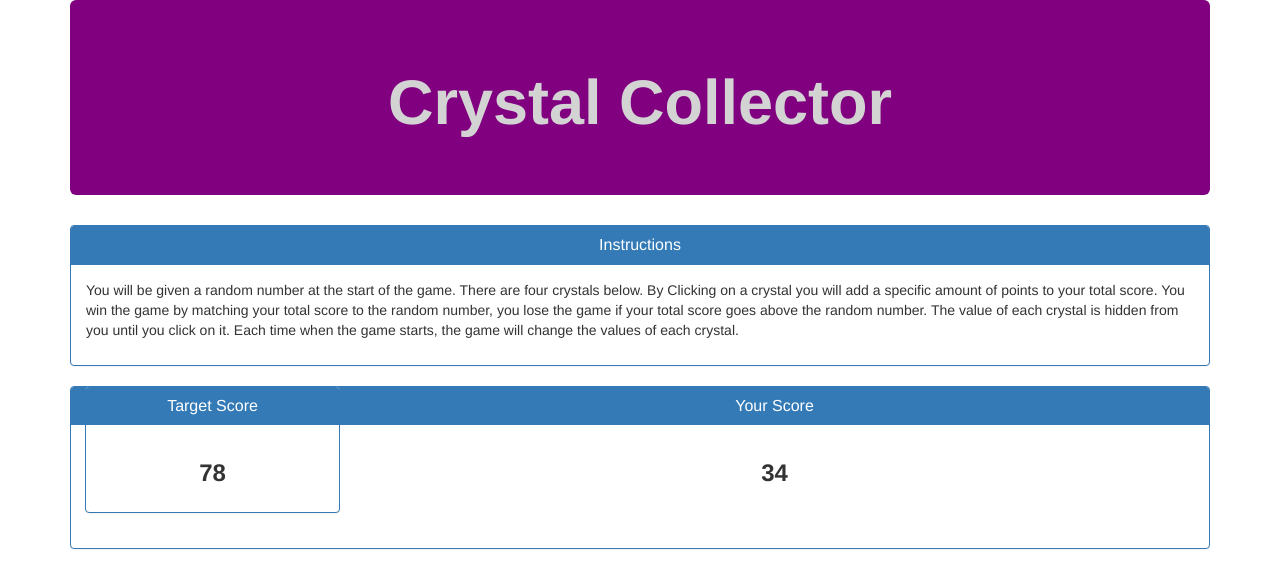
Repository: mikecherry1/week-4-game
Page: index.html
The author's editor kept a copy of each file at every save. The page is drawn from the files as they stood at one save, then again after the next save.
The browser window is 1280 px wide. The pictures show the whole page.

Above is the page before, as saved 2017-11-19 18:35:24.

### index.html
<!doctype html>
<html lang="en">
  <head>

    <!-- Required meta tags -->
    <meta charset="utf-8">
    <meta name="viewport" content="width=device-width, initial-scale=1, shrink-to-fit=no">

    <!-- Bootstrap CSS -->
    <link rel="stylesheet" <link href="https://maxcdn.bootstrapcdn.com/bootstrap/3.3.7/css/bootstrap.min.css" rel="stylesheet" integrity="sha384-BVYiiSIFeK1dGmJRAkycuHAHRg32OmUcww7on3RYdg4Va+PmSTsz/K68vbdEjh4u"
        crossorigin="anonymous">
  </head>
  <body>

    <div class="container">

        <div class="jumbotron" style= "background-color: purple; color: lightgrey;">
        <div class="container">
            <h1 class="text-center"><strong>Crystal Collector</strong></h1>
        </div>
    </div>

    <div class="row">
        <div class="col-lg-12">
            <div class="panel panel-primary">
                <div class="panel-heading">
                    <h3 class="panel-title text-center">Instructions</h3>
                </div>
                <div class="panel-body">
                    <p>You will be given a random number at the start of the game. There are four crystals below. By Clicking on a crystal you will add a specific amount of points to your total score. You win the game by matching your total score to the random number, you lose the game if your total score goes above the random number. The value of each crystal is hidden from you until you click on it. Each time when the game starts, the game will change the values of each crystal.</p>
            </div>
        </div>
    </div>

    </div>

    <div class="col-lg-3">

        <div class="panel panel-primary">
            <div class="panel-heading">
                <h3 class="panel-title text-center">Target Score</h3>
            </div>
            <div class="panel-body">
                <h3 class="text-center"><strong>78</strong></h3>
            </div>
        </div>
    </div>

        <div class="panel panel-primary">
         <div class="panel-heading">
               <h3 class="panel-title text-center">Your Score</h3>
         </div>
          <div class="panel-body">
              <h3 class="text-center">
                    <strong>34</strong>
             </h3>
          </div>
        </div>
    </div>


    </div>
  </body>
</html>

After the next save:
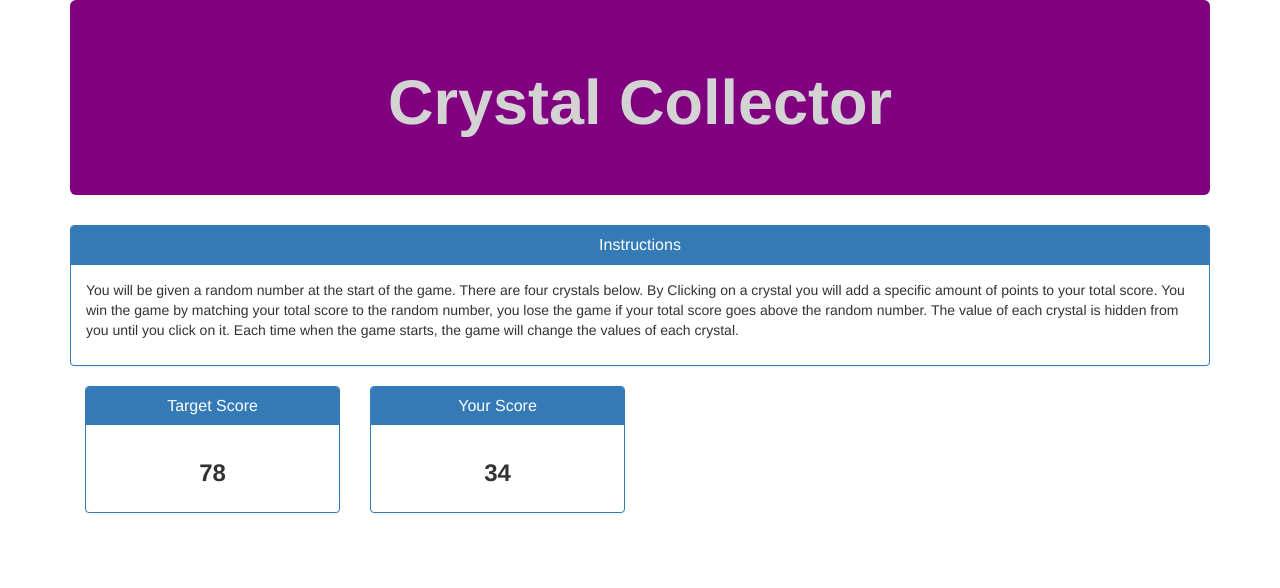
Saved 44 s later.
--- a/index.html
+++ b/index.html
@@ -46,17 +46,19 @@
         </div>
     </div>
 
-        <div class="panel panel-primary">
-         <div class="panel-heading">
-               <h3 class="panel-title text-center">Your Score</h3>
-         </div>
-          <div class="panel-body">
-              <h3 class="text-center">
-                    <strong>34</strong>
-             </h3>
-          </div>
+        <div class="col-lg-3">
+
+            <div class="panel panel-primary">
+                <div class="panel-heading">
+                    <h3 class="panel-title text-center">Your Score</h3>
+                </div>
+                <div class="panel-body">
+                    <h3 class="text-center">
+                        <strong>34</strong>
+                    </h3>
+                </div>
+            </div>
         </div>
-    </div>
 
 
     </div>
